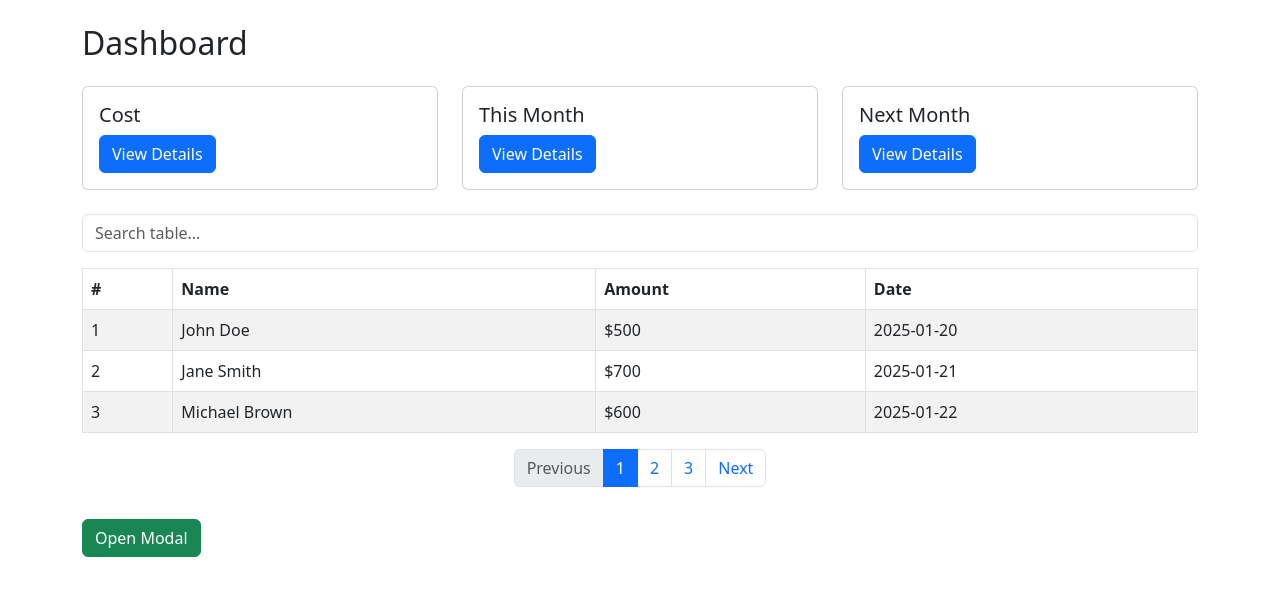
Repository: Dayvid0/BOOTSTRAP-TUTORIALS
Page: BOOTSTRAP-GRID-LAYOUTS/chatgpt.demo.html
The author's editor kept a copy of each file at every save. The page is drawn from the files as they stood at one save, then again after the next save.
The browser window is 1280 px wide. The pictures show the whole page.

Above is the page before, as saved 2025-02-01 13:29:47.

After the next save:
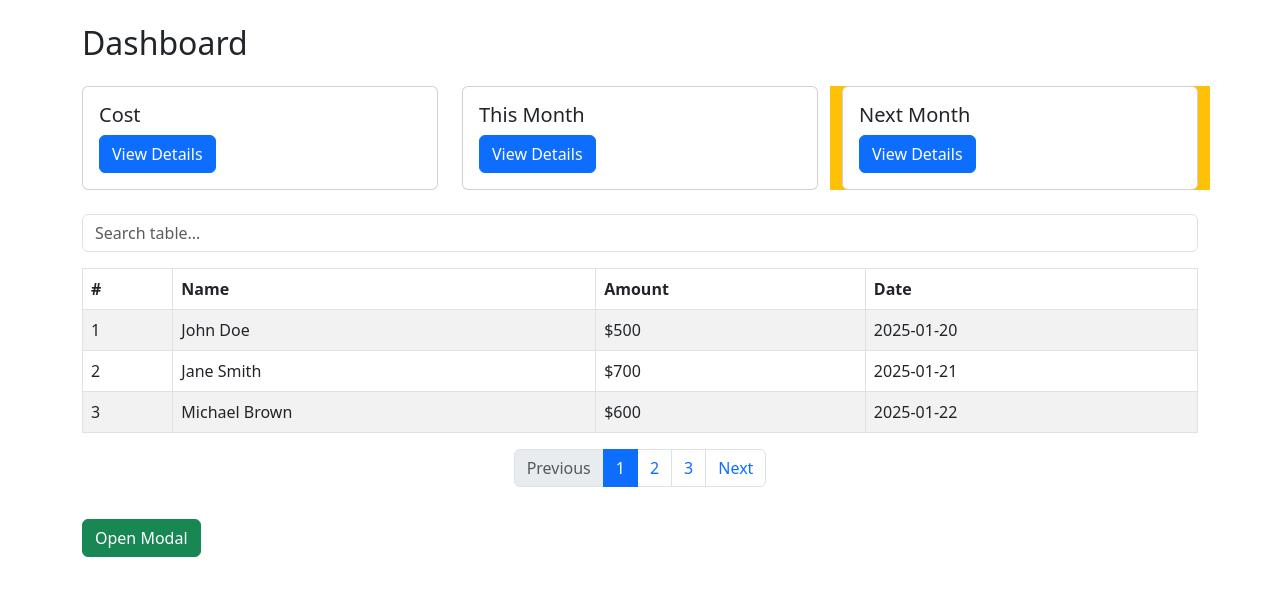
Saved 7 min 5 s later.
--- a/BOOTSTRAP-GRID-LAYOUTS/chatgpt.demo.html
+++ b/BOOTSTRAP-GRID-LAYOUTS/chatgpt.demo.html
@@ -35,7 +35,7 @@
                 </div>
             </div>
             <!-- Next Month Card -->
-            <div class="col-md-4">
+            <div class="col-md-4 bg-warning">
                 <div class="card">
                     <div class="card-body">
                         <h5 class="card-title">Next Month</h5>
